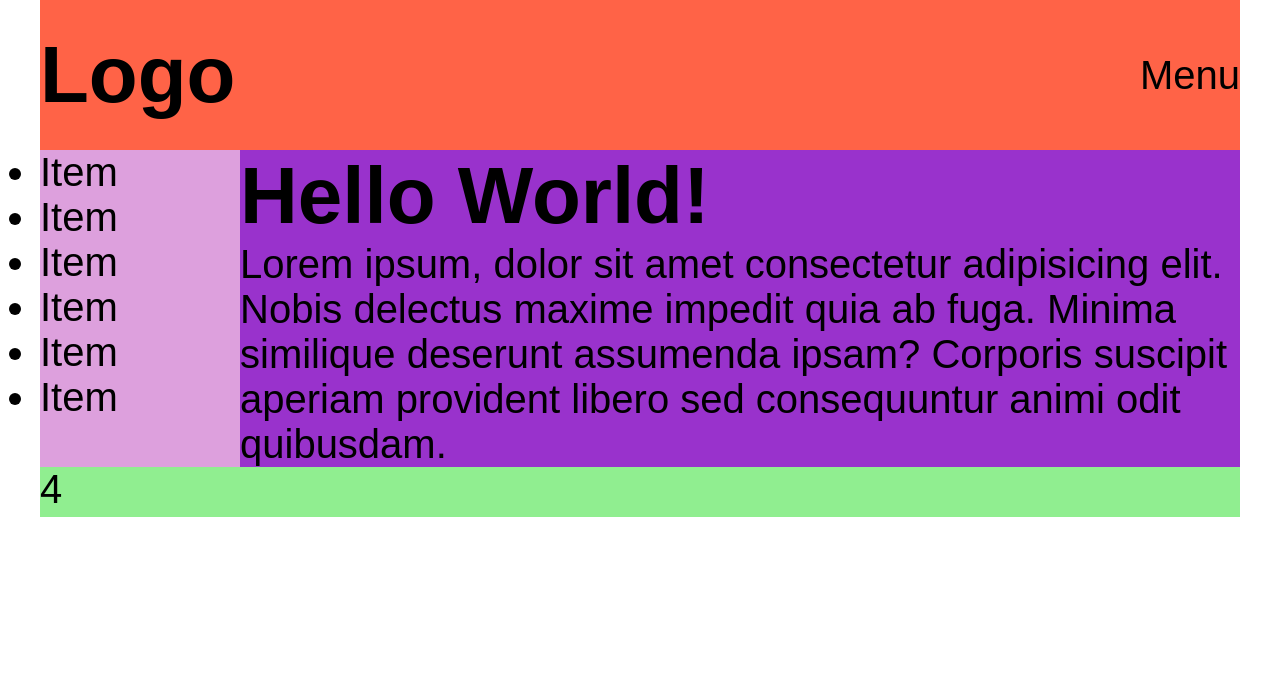
Repository: danilodscosta/CursoHTML
Page: aula1/aulascss.html
An editor plug-in stored every save of this project. The page is shown before and after the next save, followed by the edit.
The browser window is 1280 px wide. The pictures show the whole page.

Above is the page before, as saved 2024-01-18 20:02:13.

### aula1/aulascss.html
<!DOCTYPE html>
<html lang="pt-BR">

<head>
    <meta charset="utf-8">
    <meta name="viewport" content="width=device-width, inital-scale=1.0">
    <title>Aulas CSS</title>
    <link rel="stylesheet" href="assets/css/aulasstyle.css">
</head>



<body>
    <div class="container">
        <div class="grid">
            <div>
                <h1>Logo</h1>
                <nav>Menu</nav>
            </div>
            <div>
                <nav>
                    <ul>
                        <li>Item</li>
                        <li>Item</li>
                        <li>Item</li>
                        <li>Item</li>
                        <li>Item</li>
                        <li>Item</li>
                    </ul>
                </nav>
            </div>
            <div>
                <h1>Hello World!</h1>
                <p>Lorem ipsum, dolor sit amet consectetur adipisicing elit. Nobis delectus maxime impedit quia ab fuga. Minima similique deserunt assumenda ipsam? Corporis suscipit aperiam provident libero sed consequuntur animi odit quibusdam.</p>
            </div>
            <div>4</div>
        </div>
    </div>

</body>

</html>

### aula1/assets/css/aulasstyle.css
/*
ID Classes, atributos e pseudo-classes  Elementos e pseudo-elementos
*/

* {
    margin: 0;
    padding: 0;
    box-sizing: border-box;
}


body {
    font-family: sans-serif;
    font-size: 40px;
}

.container {
    max-width: 1200px;
    margin: 0 auto;
}

.grid {
    display: grid;
    grid-template-rows: 150px 1fr 50px;
    grid-template-columns: 200px 1fr;
    grid-template-areas:
        'header header'
        'nav main'
        'footer footer';
}

.grid div:nth-child(1) {
    grid-area: header;
    background: tomato;
    display: flex;
    justify-content: space-between;
    align-items: center;
}

.grid div:nth-child(2) {
    grid-area: nav;
    background: plum;
}

.grid div:nth-child(3) {
    grid-area: main;
    background: darkorchid;
}

.grid div:nth-child(4) {
    grid-area: footer;
    background: lightgreen;
}


@media all and (max-width: 568px) {
    .grid .col {
        width: 100%;
    }
}

@media all and (min-width: 569px) and (max-width: 768px) {
    .grid .col {
        width: 50%;
    }
}

@media all and (min-width: 769px) and (max-width: 1200px) {
    .grid .col {
        width: 33.33%;
    }
}

@media all and (min-width: 1201px) and (max-width: 2400px) {
    .grid .col {
        width: 25%;
    }
}

After the next save:
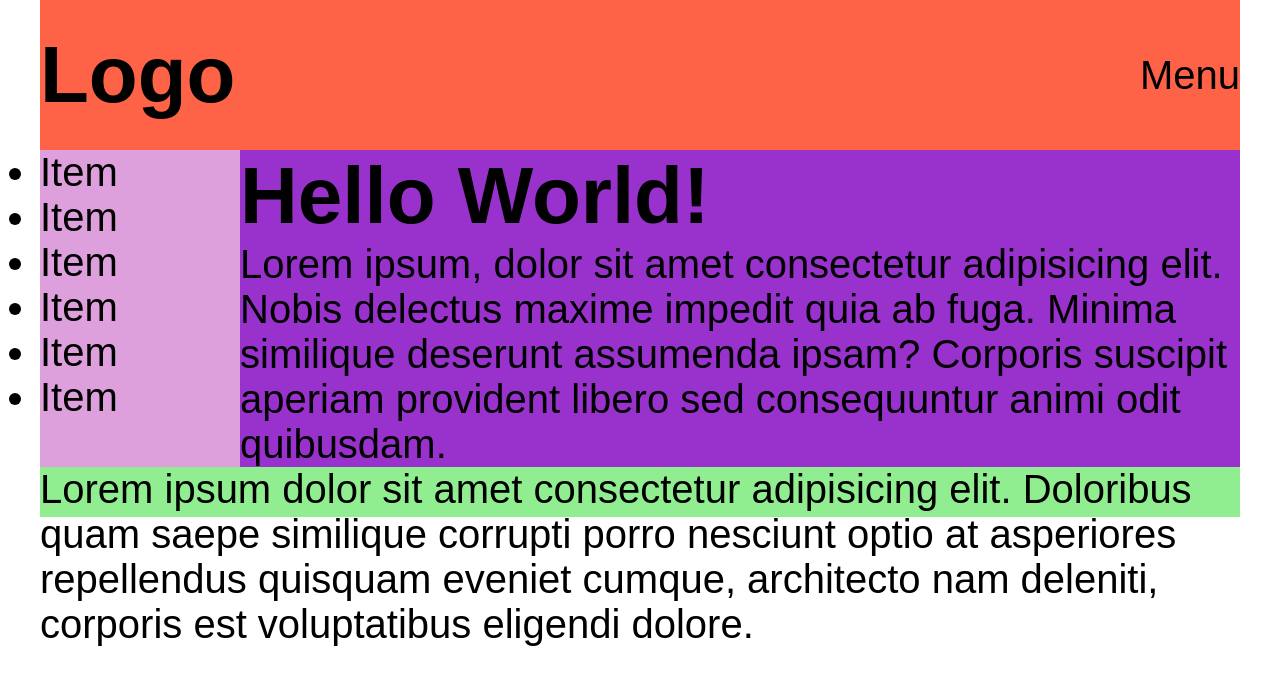
Saved 44 s later.
--- a/aula1/aulascss.html
+++ b/aula1/aulascss.html
@@ -33,7 +33,9 @@
                 <h1>Hello World!</h1>
                 <p>Lorem ipsum, dolor sit amet consectetur adipisicing elit. Nobis delectus maxime impedit quia ab fuga. Minima similique deserunt assumenda ipsam? Corporis suscipit aperiam provident libero sed consequuntur animi odit quibusdam.</p>
             </div>
-            <div>4</div>
+            <div>
+                <p>Lorem ipsum dolor sit amet consectetur adipisicing elit. Doloribus quam saepe similique corrupti porro nesciunt optio at asperiores repellendus quisquam eveniet cumque, architecto nam deleniti, corporis est voluptatibus eligendi dolore.</p>
+            </div>
         </div>
     </div>
 
